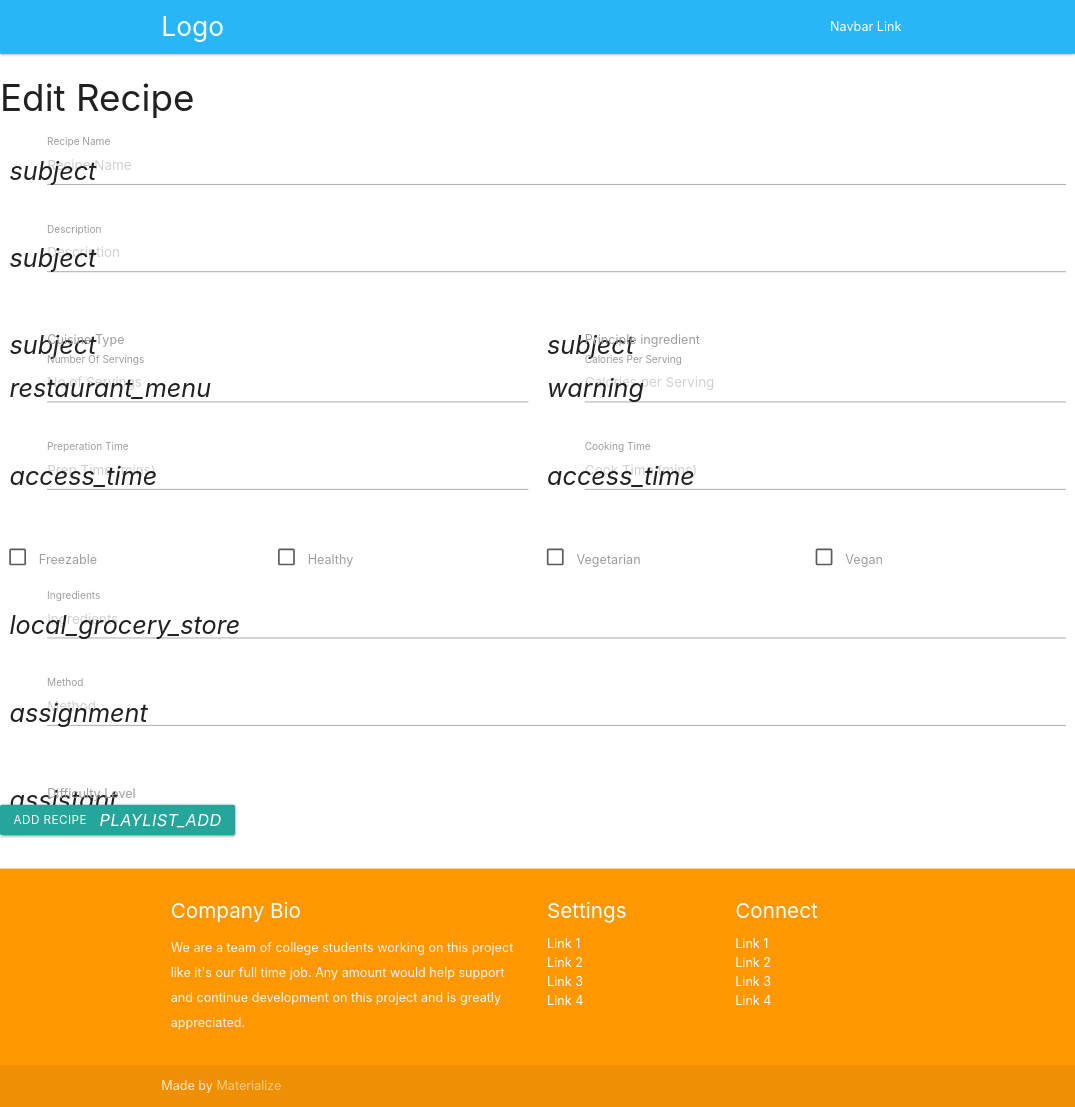
Repository: keefm6776/cookery-website
Page: templates/edit_recipe.html
The author's editor kept a record of every edit. The page is drawn from the files as they stood at one moment, then again after the next edit.
The browser window is 1280 px wide. The pictures show the whole page, at 84% of full size.
The page is served by the project's application, run on Flask 3 (app.py). The template is opened directly, without the code that normally fills it, so the values that code supplies are empty.

Above is the page before.
Console error: ReferenceError: jQuery is not defined

After the next edit:
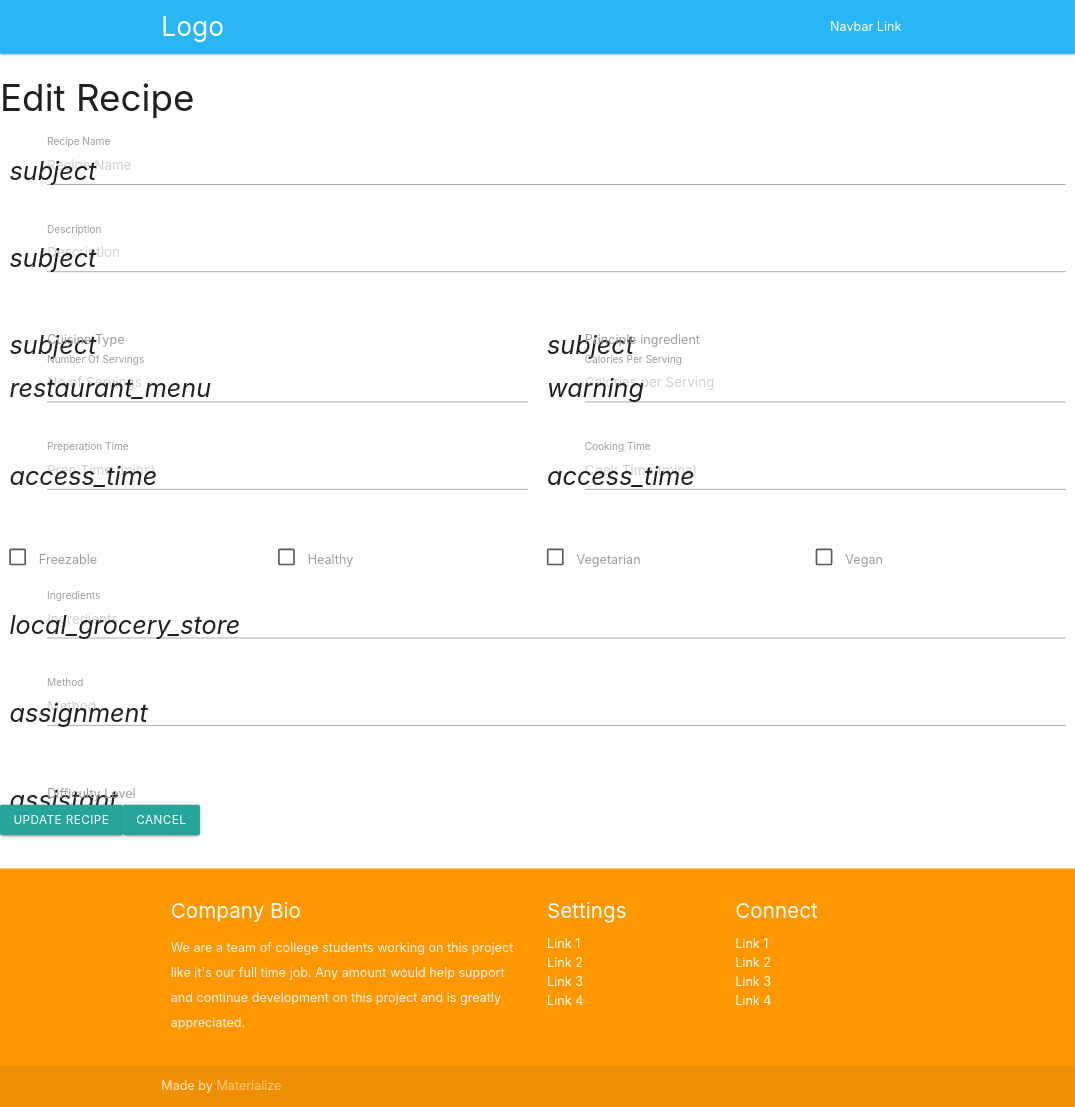
The edit:
--- a/templates/edit_recipe.html
+++ b/templates/edit_recipe.html
@@ -185,8 +185,9 @@
         </div>
         <!-- Row -->
         <div class="row">
-            <button class="btn waves-effect waves-light" type="submit" name="action">Add Recipe
-        <i class="material-icons right">playlist_add</i>
+            <button class="btn waves-effect waves-light" type="submit" name="action">Update Recipe
+            <button class="btn waves-effect waves-light" type="submit" name="action">Cancel
+
       </button>
         </div>
         <!--Row-->
